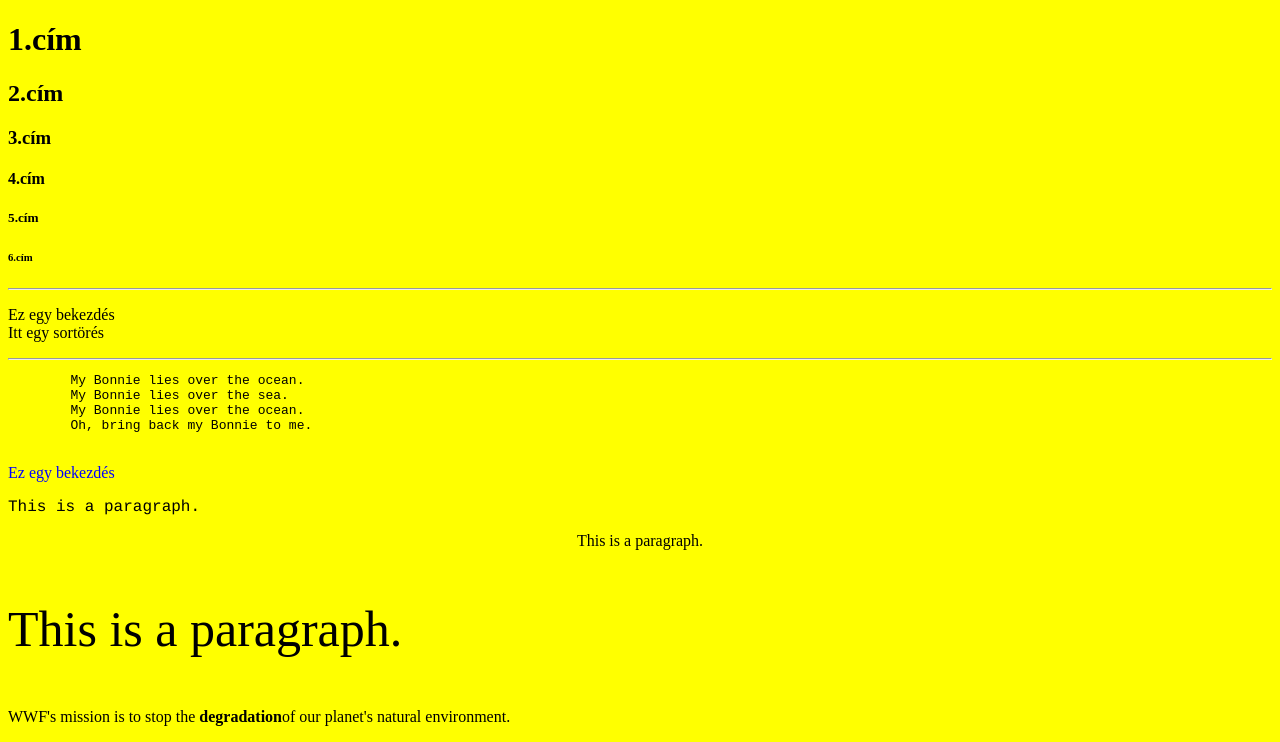
Repository: doomhyena/Web
Page: 2.óra/inedx.html
An editor plug-in stored every save of this project. The page is shown before and after the next save, followed by the edit.
The browser window is 1280 px wide. The pictures show the whole page.

Above is the page before, as saved 2024-09-13 11:33:01.

### 2.óra/inedx.html
<!DOCTYPE html>
<html>
   <head>
       <!-- ITT ADHATOD MEG AZ OLDAL NEVÉT -->
       <title>2.óra</title>

       <!-- AZ OLDALLAL KAPCSOLATOS FONTOS ADATOK -->
       <meta charset='UTF-8'>
       <meta name='description' content='2.óra // 2024.09.13'>
       <meta name='keywords' content='Keresést, Segítő, Szavak, Vesszővel, Elválasztva'>
       <meta name='author' content='Neved'>
       <meta name='viewport' content='width=device-width, initial-scale=1.0'>
   </head>
   <body>
    <body style="background-color:yellow;"> <!-- Sárgára színezi a hátteret -->
    <h1>1.cím</h1> <!-- 1.szintű címsor -->
    <h2>2.cím</h2> <!-- 1.szintű címsor  -->
    <h3>3.cím</h3> <!-- 1.szintű címsor  -->
    <h4>4.cím</h4> <!-- 1.szintű címsor -->
    <h5>5.cím</h5> <!-- 1.szintű címsor  -->
    <h6>6.cím</h6> <!-- 1.szintű címsor  -->
    <hr>
    <p>Ez egy bekezdés <br> Itt egy sortörés </p> <!-- Sortörés -->
    <hr>
    <!-- EZ EGY KOMMENT -->
    <pre>
        My Bonnie lies over the ocean. <!-- Így is lehet verset írni ki weboldalra de sortöréssel is megodlható -->
        My Bonnie lies over the sea.
        My Bonnie lies over the ocean.
        Oh, bring back my Bonnie to me.
    </pre>
    <p style="color:blue;">Ez egy bekezdés</p> <!-- Színezett szöveg -->
    <p style="font-family:courier;">This is a paragraph.</p> <!-- Másik betűtípus -->
    <p style="text-align:center;">This is a paragraph.</p> <!-- Középre igazított szöveg -->
    <p style="font-size:50px;">This is a paragraph.</p> <!-- Modósított méretű szöveg -->
    <p>WWF's mission is to stop the <strong>degradation</strong>of our planet's natural environment.</p> <!-- Kiemelt szöveg -->
   </body>
</html>

After the next save:
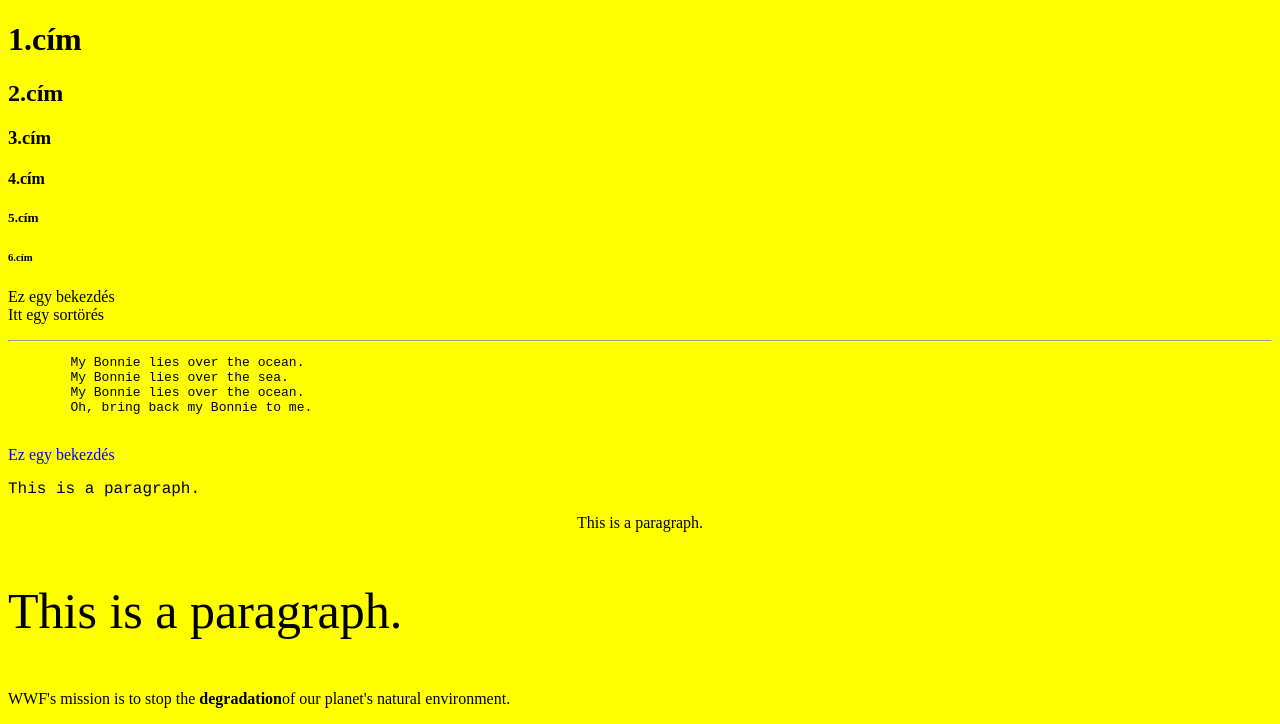
Saved 31 s later.
--- a/2.óra/inedx.html
+++ b/2.óra/inedx.html
@@ -19,9 +19,8 @@
     <h4>4.cím</h4> <!-- 1.szintű címsor -->
     <h5>5.cím</h5> <!-- 1.szintű címsor  -->
     <h6>6.cím</h6> <!-- 1.szintű címsor  -->
-    <hr>
     <p>Ez egy bekezdés <br> Itt egy sortörés </p> <!-- Sortörés -->
-    <hr>
+    <hr> <!-- Csíkot rak -->
     <!-- EZ EGY KOMMENT -->
     <pre>
         My Bonnie lies over the ocean. <!-- Így is lehet verset írni ki weboldalra de sortöréssel is megodlható -->
